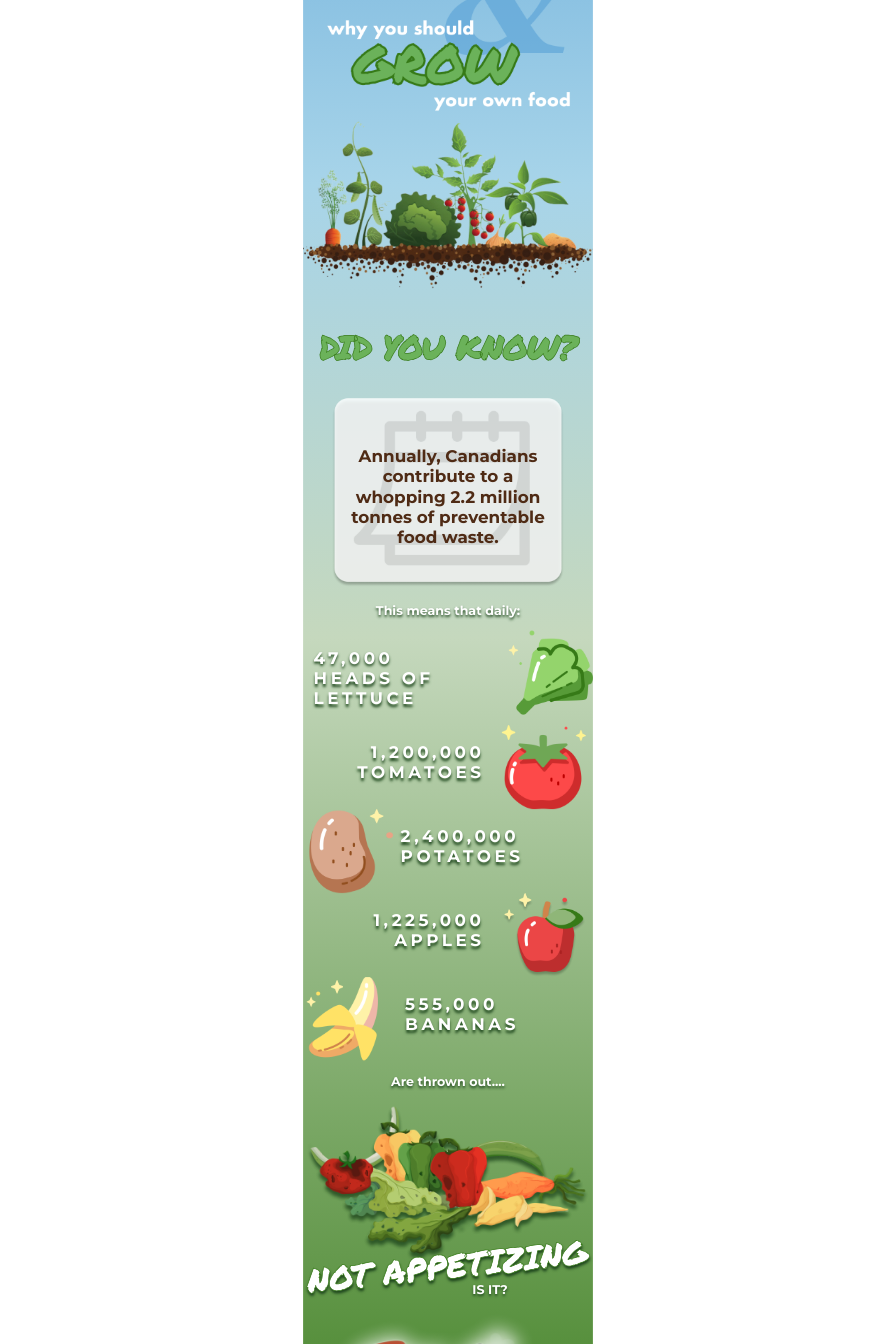
Repository: zoelake/DCDmidterm
Page: page1/index.html
These files come from the project's save history. The page is drawn as it stood at one moment and after the next save; the edit follows.
The browser window is 1280 px wide. The pictures show the part of the page from y = 387 to 2307 px (the page is 2600 px tall), at 70% of full size.

Above is the page before, as saved 2021-03-06 18:04:25.

### page1/index.html
<!DOCTYPE html>
<html lang="en">

<head>
    <meta charset="UTF-8">
    <meta http-equiv="X-UA-Compatible" content="IE=edge">
    <meta name="viewport" content="width=device-width, initial-scale=1.0">
    <title>Midterm project</title>
    <link rel="stylesheet" href="./style.css">
    <link rel="preconnect" href="https://fonts.gstatic.com">
    <link href="https://fonts.googleapis.com/css2?family=Montserrat:wght@300&display=swap" rel="stylesheet">
    <link rel="preconnect" href="https://fonts.gstatic.com">
    <link href="https://fonts.googleapis.com/css2?family=Montserrat:wght@300;700&display=swap" rel="stylesheet">
    <link rel="preconnect" href="https://fonts.gstatic.com">
    <link href="https://fonts.googleapis.com/css2?family=Permanent+Marker&display=swap" rel="stylesheet">
</head>

<body>

    <div id="main">
        <img id="cloud" alt="cloud" src="images/cloud.png">
        <img id="graphic1"
            alt="The impact of the food supply chain on our environment & why you should go grow your own food"
            src="images/graphic1.png">
        <img id="garden" alt="veggie garden" src="images/garden.png">
        <h2 id="text-fact">DID YOU KNOW?</h2>
        <img id="calendar" alt="calendar icon" src="images/calendar.png">
        <p id="calendar-text">Annually, Canadians contribute to a whopping 2.2 million tonnes of preventable food waste.
        </p>
        <p class="list-text">This means that daily:</p>

        <div id="lettuce" class="produce-left">
            <!-- <img class="food" id="lettuce-img" onmouseover="HoverUp()" onmouseout="HoverDown()"
                src="./images/lettuce.png"> -->

            <p class="text-left">47,000<br>HEADS OF LETTUCE</p>
        </div>

        <div class="produce-right">
            <p class="text-right">1,200,000<br>TOMATOES</p>
            <img class="food left-food" src="./images/tomatoe.png" id="tomatoe-img" onmouseover="HoverTomUp()"
                onmouseout="HoverTomDown()">
        </div>

        <div class="produce-left">
            <img class="food" id="potatoe" src="./images/potatoe.png" onmouseover="HoverPotUp()"
                onmouseout="HoverPotDown()">
            <p class="text-left short-text">2,400,000<br>POTATOES</p>
        </div>

        <div class="produce-right">
            <p class="text-right">1,225,000<br>APPLES</p>
            <img class="food left-food" src="./images/apple.png" id="apple-img" onmouseover="HoverAppUp()"
                onmouseout="HoverAppDown()">
        </div>

        <div class="produce-left">
            <img class="food" id="banana" src="./images/banana.png" onmouseover="HoverBanUp()"
                onmouseout="HoverBanDown()">
            <p class="text-left short-text">555,000<br>BANANAS</p>
        </div>

        <p class="list-text">Are thrown out....</p>

        <img id="rotten-veggies" alt="rotten veggies" src="images/rotten-veggies.png">
        <h2 id="text-waste">NOT APPETIZING</h2>
        <p id="waste" class="list-text">IS IT?</p>

        <img id="basket" alt="shopping basket" src="images/basket.png">


    </div>
    <script src="animate.js"></script>
    <script src="image.js"></script>
    <script src="workflow.js"></script>
</body>

</html>

### page1/style.css
html, body {
  margin:0;
  /* overflow-y: hidden; */
}

body {
  display: flex;
  justify-content: center;
  align-items: center;
}

#main{
  position: relative;
  width: 414px;
  height: 2600px;
  background-image: linear-gradient(#65A9D9, #A7D4E9, #C5D8BD, #7EAA6A, #387B19);
}

img{
    width: 100%;
}

h2{
    text-align: center;
    font-size: 46px;
    left: 4px;
    font-family: 'Permanent Marker', cursive;
    -webkit-text-stroke-width: 1px;
    -webkit-text-stroke-color: #367A17;
}

#text-fact{
    color: #6BB25A;
}

#text-waste{
    color: white;
    text-shadow: 0px 4px 4px #1F471E;
    position: absolute;
    top: 2125px;
    transform: rotate(-6deg);
}

#waste{
    position: relative;
    left: 60px;
}

#calendar{
    width: 80%;
    padding: 0 10%;
}

#calendar-text{
    position: absolute;
    width: 76%;
    padding: 0 12%;
    text-align: center;
    top: 1000px;
    z-index: 2;
    color: #4F2B15;
}

p{
    color: white;
    font-family: 'Montserrat', sans-serif;
    font-weight: 900;
    font-size: 24px;
}

.list-text{
    font-size: 18px;
    text-align: center;
    text-shadow: 0px 4px 4px #1F471E;
}

.produce-left{
    display: flex;
    flex-direction: row;
    justify-content: center;
    left: 0;
    width: 100%;
}

.produce-right{
    display: flex;
    position: relative;
    flex-direction: row;
    justify-content: flex-end;
    width: 100%;
    right: 0;
}

.food{
   position: relative;
   width: 120px;
   height: 120px;
}

.text-left, .text-right{
    text-shadow: 0px 4px 4px #1F471E;
    letter-spacing: 5px;
}

.text-left {
    position: relative;
    left: 15px;
}

.short-text{
    position: relative;
    left: -40px;
}

.text-right {
   position: relative;
   right: 35px;
   text-align: right;
}

#banana {
    left: -70px;
}

#potatoe {
    left: -50px;
}

.left-food {
    position: relative;
    right: 10px;
}

### page1/animate.js
var lettuce = document.querySelector("#lettuce-img");
var tomatoe = document.querySelector("#tomatoe-img");
var potatoe = document.querySelector("#potatoe");
var apple = document.querySelector("#apple-img");
var banana = document.querySelector("#banana");

function HoverLetUp() {
    lettuce.style.bottom = "15px";
}

function HoverLetDown() {
    lettuce.style.bottom = "0px";
}

function HoverTomUp() {
    tomatoe.style.bottom = "15px";
}

function HoverTomDown() {
    tomatoe.style.bottom = "0px";
}

function HoverPotUp() {
    potatoe.style.bottom = "15px";
}

function HoverPotDown() {
    potatoe.style.bottom = "0px";
}

function HoverAppUp() {
    apple.style.bottom = "15px";
}

function HoverAppDown() {
    apple.style.bottom = "0px";
}

function HoverBanUp() {
    banana.style.bottom = "15px";
}

function HoverBanDown() {
    banana.style.bottom = "0px";
}

### page1/image.js
function ImageUI(img = "lettuce") {
    return `
    <img class="food" id="lettuce-img" onmouseover="HoverUp()" onmouseout="HoverDown()"
                src="./images/${img}.png">

    `
}

ImageUI.HoverUp = () => {
    lettuce.style.bottom = "15px";
}

ImageUI.HoverDown = () => {
    lettuce.style.bottom = "0px";
}

### page1/workflow.js
document.querySelector("#lettuce").innerHTML += ImageUI();

After the next save:
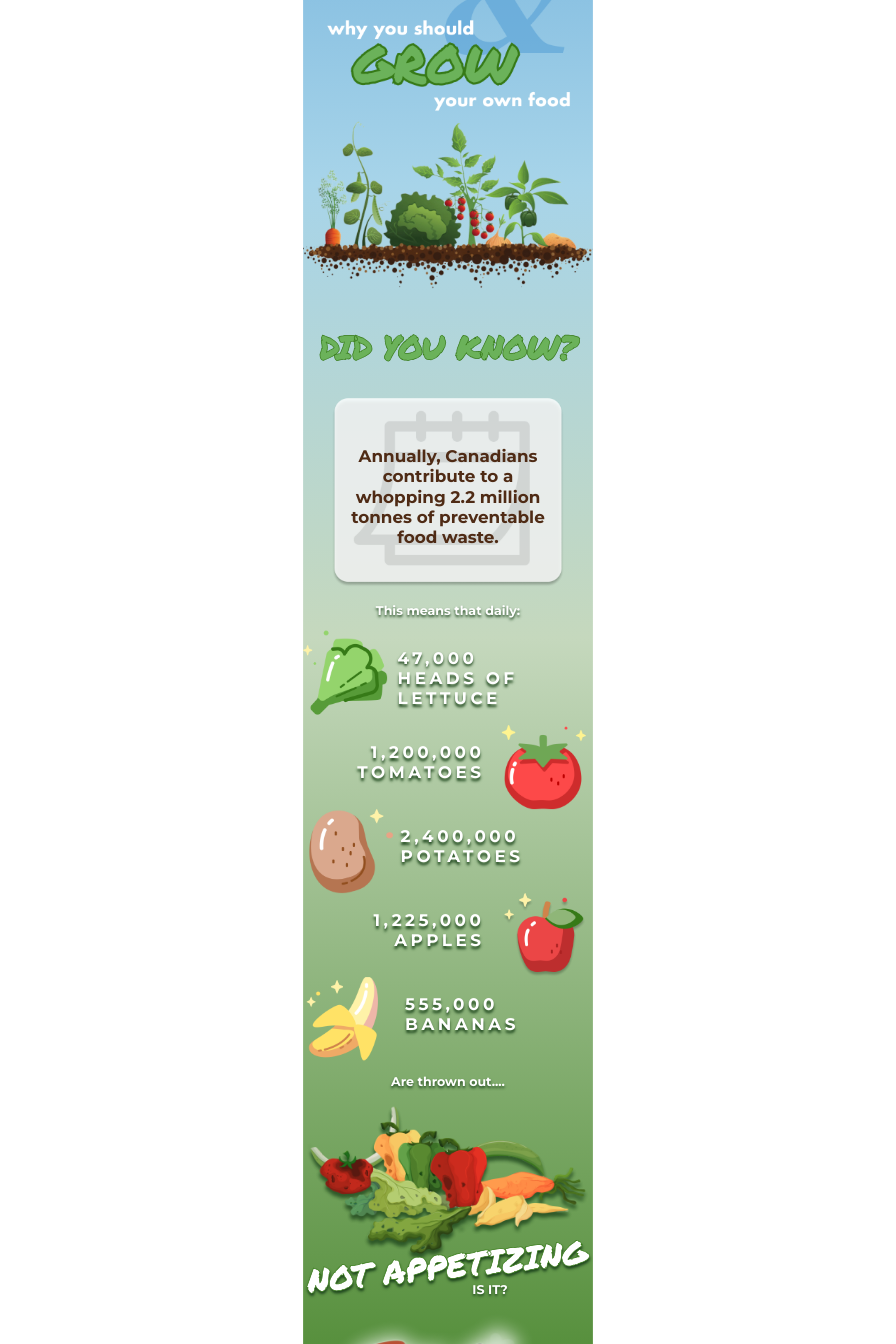
Saved 26 s later.
--- a/page1/index.html
+++ b/page1/index.html
@@ -29,10 +29,9 @@
         </p>
         <p class="list-text">This means that daily:</p>
 
-        <div id="lettuce" class="produce-left">
-            <!-- <img class="food" id="lettuce-img" onmouseover="HoverUp()" onmouseout="HoverDown()"
-                src="./images/lettuce.png"> -->
-
+        <div class="produce-left">
+            <img class="food" id="lettuce-img" onmouseover="HoverLetUp()" onmouseout="HoverLetDown()"
+                src="./images/lettuce.png">
             <p class="text-left">47,000<br>HEADS OF LETTUCE</p>
         </div>
 
@@ -71,8 +70,6 @@
 
     </div>
     <script src="animate.js"></script>
-    <script src="image.js"></script>
-    <script src="workflow.js"></script>
 </body>
 
 </html>
